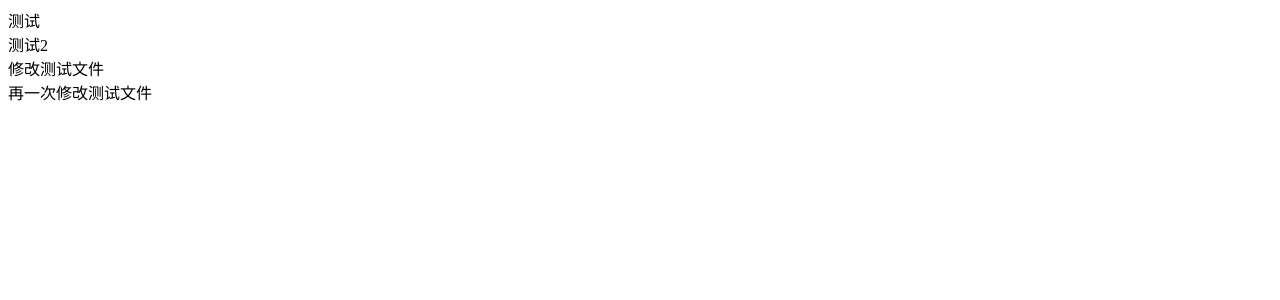
Repository: huawuhe/ceshi
Page: 测试.html
The author's editor kept a copy of each file at every save. The page is drawn from the files as they stood at one save, then again after the next save.
The browser window is 1280 px wide. The pictures show the whole page.

Above is the page before, as saved 2023-06-28 23:15:11.

### 测试.html
<!DOCTYPE html>
<html lang="en">
  <head>
    <meta charset="UTF-8" />
    <meta http-equiv="X-UA-Compatible" content="IE=edge" />
    <meta name="viewport" content="width=device-width, initial-scale=1.0" />
    <title>Document</title>
  </head>
  <body>
    <div>测试</div>
    <div>测试2</div>
    <div>修改测试文件</div>
    <div>再一次修改测试文件</div>
  </body>
</html>

After the next save:
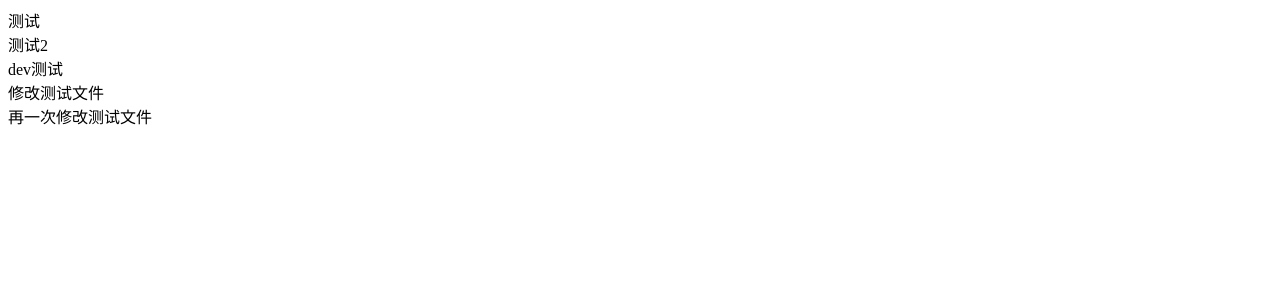
Saved 111 s later.
--- a/测试.html
+++ b/测试.html
@@ -9,6 +9,7 @@
   <body>
     <div>测试</div>
     <div>测试2</div>
+    <div>dev测试</div>
     <div>修改测试文件</div>
     <div>再一次修改测试文件</div>
   </body>
